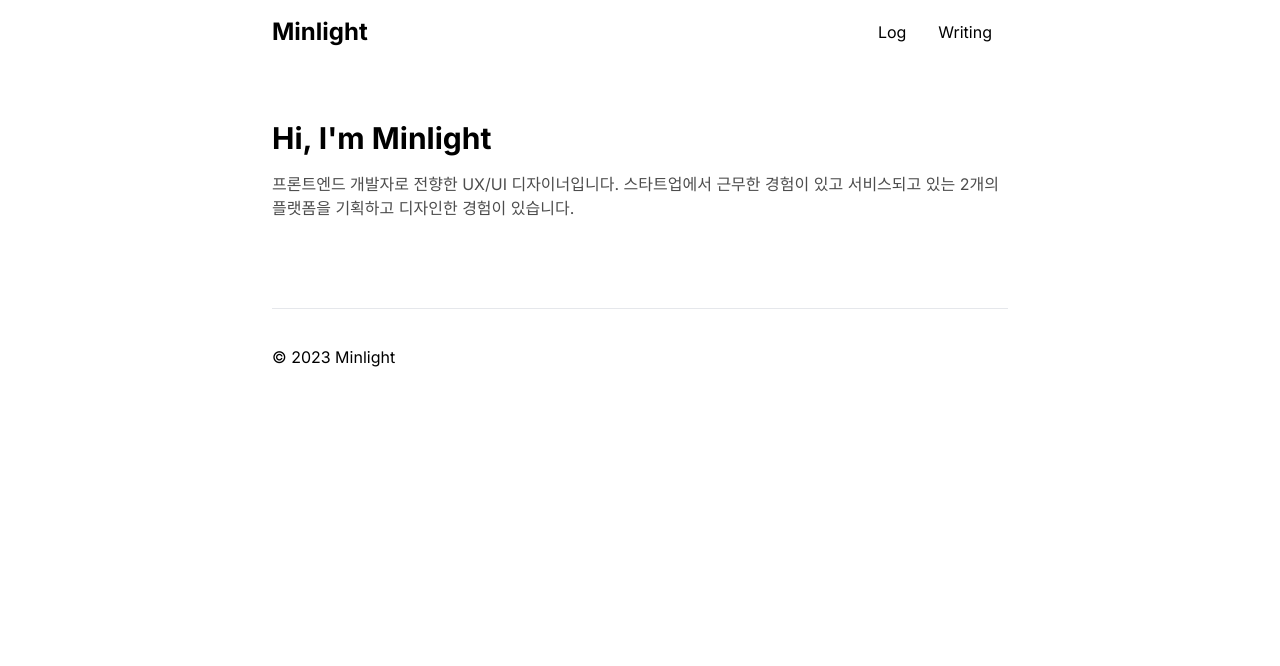
Repository: kwngmin/minlight-log
Page: /
An editor plug-in stored every save of this project. The page is shown before and after the next save, followed by the edit.
The browser window is 1280 px wide. The pictures show the whole page.
The project was rebuilt for these pictures with package versions that can differ from the ones it lists, and the page was loaded fresh each time. The framework's server and built-in components were replaced by stand-ins that run in the browser. Also part of the build but not shown: next.config.js.

Above is the page before, as saved 2023-04-04 16:09:03.

After the next save:
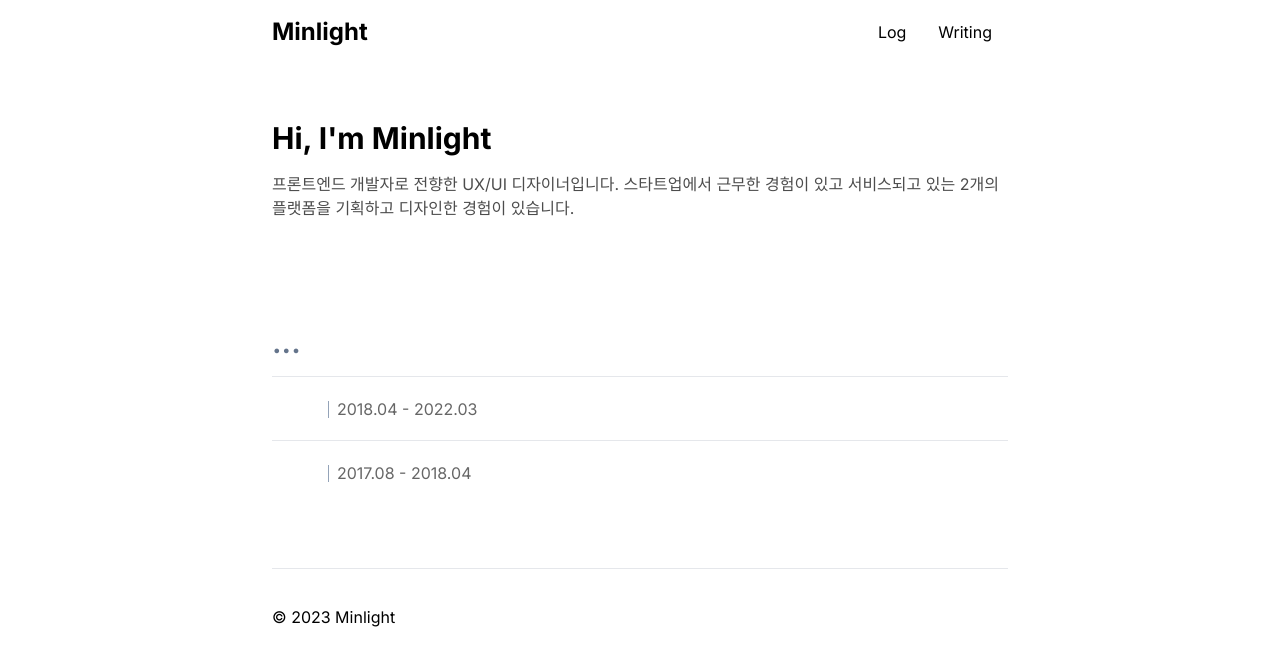
Saved 84 s later.
--- a/src/app/page.tsx
+++ b/src/app/page.tsx
@@ -1,3 +1,4 @@
+import Table from "@/components/Table";
 import Title from "@/components/Title";
 
 const titleData = {
@@ -41,6 +42,7 @@ export default function Home() {
   return (
     <section>
       <Title titleData={titleData} />
+      <Table tableData={careerData} subject="Career" />
     </section>
   );
 }
